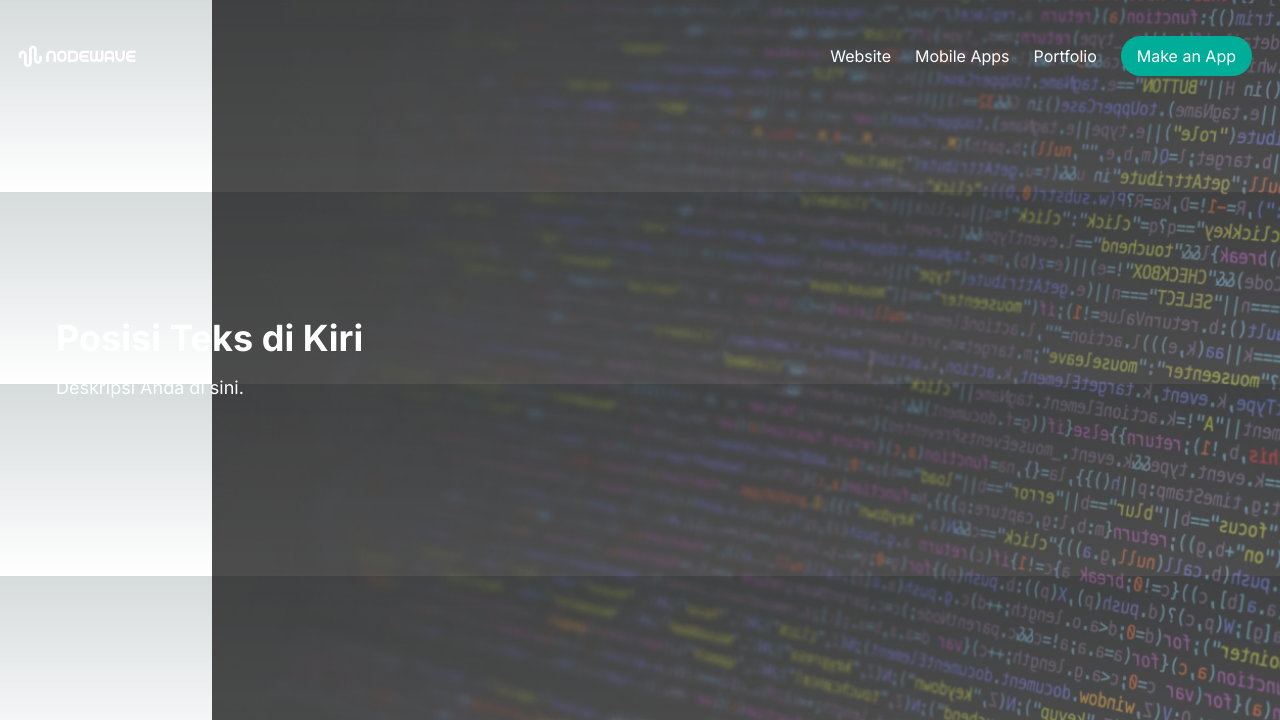
Repository: farrelmuhammad/nodewave
Page: /
These files come from the project's save history. The page is drawn as it stood at one moment and after the next save; the edit follows.
The browser window is 1280 px wide. The pictures show the whole page.
The project was rebuilt for these pictures with package versions that can differ from the ones it lists, and the page was loaded fresh each time. The framework's server and built-in components were replaced by stand-ins that run in the browser. Also part of the build but not shown: next.config.js.

Above is the page before, as saved 2023-09-08 13:35:38.

### src/app/page.js
import Hero from '@/components/Hero'
import Navbar from '@/components/Navbar'

export default function Home() {
  return (
    <>
      <Navbar />
      <Hero />
    </>
  )
}

### src/app/globals.css
@tailwind base;
@tailwind components;
@tailwind utilities;

@import url('https://fonts.googleapis.com/css2?family=Poppins:wght@300;400;500;600;700&display=swap');

:root {
  --foreground-rgb: 0, 0, 0;
  --background-start-rgb: 214, 219, 220;
  --background-end-rgb: 255, 255, 255;
  font-family: 'Poppins', sans-serif;
}

@media (prefers-color-scheme: dark) {
  :root {
    --foreground-rgb: 255, 255, 255;
    --background-start-rgb: 0, 0, 0;
    --background-end-rgb: 0, 0, 0;
  }
}

body {
  color: rgb(var(--foreground-rgb));
  background: linear-gradient(
      to bottom,
      transparent,
      rgb(var(--background-end-rgb))
    )
    rgb(var(--background-start-rgb));
}

@media only screen and (max-width: 768px) {
  .hero .hero-image,
  .hero .hero-caption {
    min-height: 90vh;
  }
  .hero .hero-cta {
    @apply w-12 h-12;
    transform: translateX(-75px) translateY(-50%);
    background-size: 37.5%;
  }
}

### src/components/Hero.jsx
import React from "react";
import Image from "next/image";

const Hero = () => {
  return (
    <main className="flex h-full items-center justify-between p-24">
      <div
        className="absolute inset-0 bg-cover bg-center max-w-screen h-auto top-[-89px] left-[212px] bg-opacity-50 bg-black"
        style={{
          backgroundImage: 'url("/assets/background.png")', // Ganti dengan path gambar latar belakang Anda
        }}
      ></div>

      {/* Hero Content */}
      <div className="absolute inset-0 flex items-center justify-start px-14">
        <div className="text-white">
          <h1 className="text-4xl font-bold mb-4">Posisi Teks di Kiri</h1>
          <p className="text-lg">Deskripsi Anda di sini.</p>
        </div>
      </div>
    </main>
  );
};

export default Hero;

### src/components/Navbar.jsx
import React from "react";
import Image from "next/image";

const Navbar = () => {
  return (
    <header class="absolute w-full z-50 px-4">
      <div class="container mx-auto py-5">
        <div class="flex flex-stretch items-center">
          <div class="w-56 items-center flex">
            <Image src="/assets/Logo.png" width={226} height={100} alt="Logo" />
          </div>
          <div class="w-full"></div>
          <div class="w-auto py-4">
            <ul
              class="fixed bg-white inset-0 flex flex-col invisible items-center justify-center opacity-0 md:visible md:flex-row md:bg-transparent md:relative md:opacity-100 md:flex md:items-center"
              id="menu"
            >
              <li class="mx-3 py-6 md:py-0">
                <a href="#" class="text-black md:text-white hover:underline">
                  Website
                </a>
              </li>
              <li class="mx-3 py-6 md:py-0">
                <a
                  href="#"
                  class="text-black md:text-white hover:underline whitespace-nowrap overflow-ellipsis"
                >
                  Mobile Apps
                </a>
              </li>
              <li class="mx-3 py-6 md:py-0">
                <a href="#" class="text-black md:text-white hover:underline">
                  Portfolio
                </a>
              </li>
              <li class="mx-3 py-6 md:py-0">
                <button class="px-4 py-2 bg-[#00AD98] rounded-full">
                  <a
                    href="#"
                    class="text-black md:text-white hover:underline whitespace-nowrap overflow-ellipsis"
                  >
                    Make an App
                  </a>
                </button>
              </li>
            </ul>
          </div>
          <div class="w-auto">
            <ul class="items-center flex">
              <li class="ml-6 block md:hidden">
                <button
                  id="menu-toggler"
                  class="relative flex z-50 items-center justify-center w-8 h-8 text-black md:text-white focus:outline-none"
                >
                  <svg
                    class="fill-current"
                    width="18"
                    height="17"
                    viewBox="0 0 18 17"
                  >
                    <path d="M15.9773 0.461304H1.04219C0.466585 0.461304 0 0.790267 0 1.19609C0 1.60192 0.466668 1.93088 1.04219 1.93088H15.9773C16.5529 1.93088 17.0195 1.60192 17.0195 1.19609C17.0195 0.790208 16.5529 0.461304 15.9773 0.461304Z" />
                    <path d="M15.9773 7.68802H1.04219C0.466585 7.68802 0 8.01698 0 8.42281C0 8.82864 0.466668 9.1576 1.04219 9.1576H15.9773C16.5529 9.1576 17.0195 8.82864 17.0195 8.42281C17.0195 8.01692 16.5529 7.68802 15.9773 7.68802Z" />
                    <path d="M15.9773 14.9147H1.04219C0.466585 14.9147 0 15.2437 0 15.6495C0 16.0553 0.466668 16.3843 1.04219 16.3843H15.9773C16.5529 16.3843 17.0195 16.0553 17.0195 15.6495C17.0195 15.2436 16.5529 14.9147 15.9773 14.9147Z" />
                  </svg>
                </button>
              </li>
            </ul>
          </div>
        </div>
      </div>
    </header>
  );
};

export default Navbar;

Loaded but not shown: src/app/layout.js (common file); tailwind.config.js (common file)

After the next save:
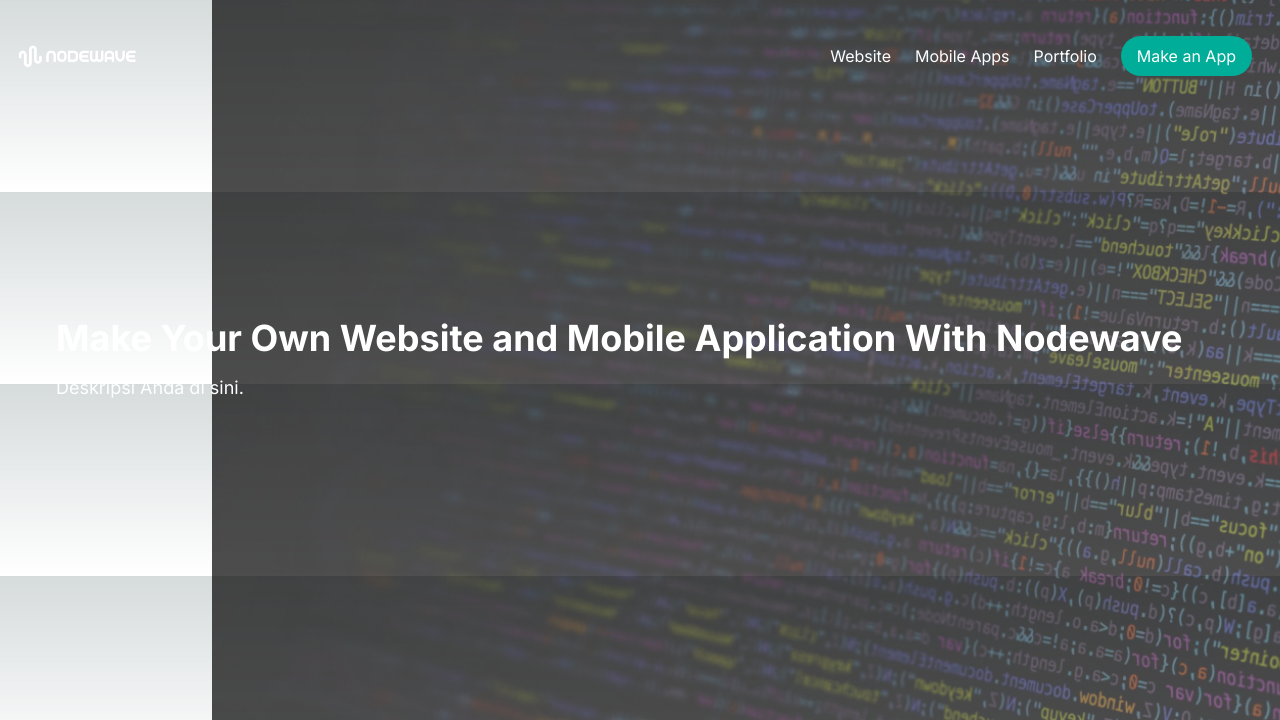
Saved 31 s later.
--- a/src/components/Hero.jsx
+++ b/src/components/Hero.jsx
@@ -14,7 +14,7 @@
       {/* Hero Content */}
       <div className="absolute inset-0 flex items-center justify-start px-14">
         <div className="text-white">
-          <h1 className="text-4xl font-bold mb-4">Posisi Teks di Kiri</h1>
+          <h1 className="text-4xl font-bold mb-4">Make Your Own Website and Mobile Application With Nodewave</h1>
           <p className="text-lg">Deskripsi Anda di sini.</p>
         </div>
       </div>
